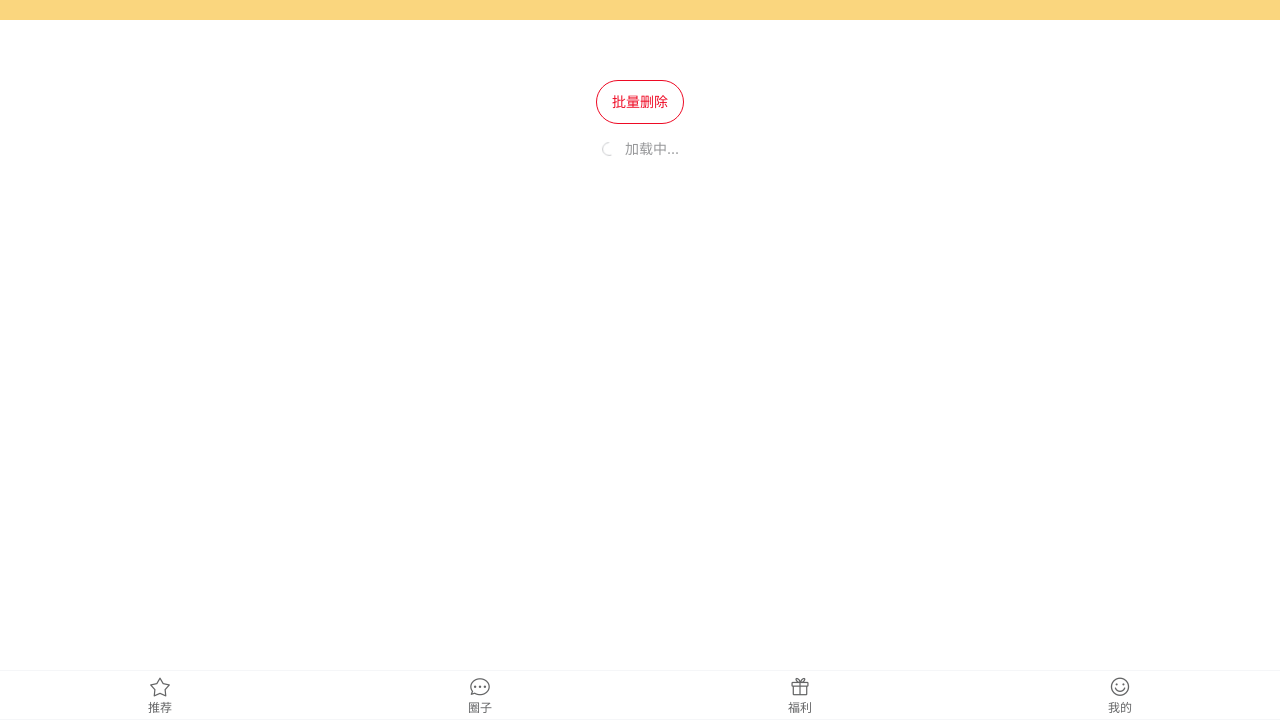
Repository: pbw-langwang/dm
Page: /#/Yhfabu (app in dm_vue/)
An editor plug-in stored every save of this project. The page is shown before and after the next save, followed by the edit.
The browser window is 1280 px wide. The pictures show the whole page.
The page's requests for data from a server got no answer. The project was rebuilt for these pictures with package versions that can differ from the ones it lists, and the page was loaded fresh each time. No one was signed in, and anything a server would have sent is missing. Also part of the build but not shown: dm_vue/src/components/HelloWorld.vue, dm_vue/src/components/video.vue, dm_vue/src/components/setting.vue, dm_vue/src/components/gift.vue, dm_vue/src/components/Regist.vue, dm_vue/src/components/history.vue, dm_vue/src/components/Search.vue, dm_vue/src/components/SearchList.vue and 4 more.

Above is the page before, as saved 2021-06-22 20:54:19.

After the next save:
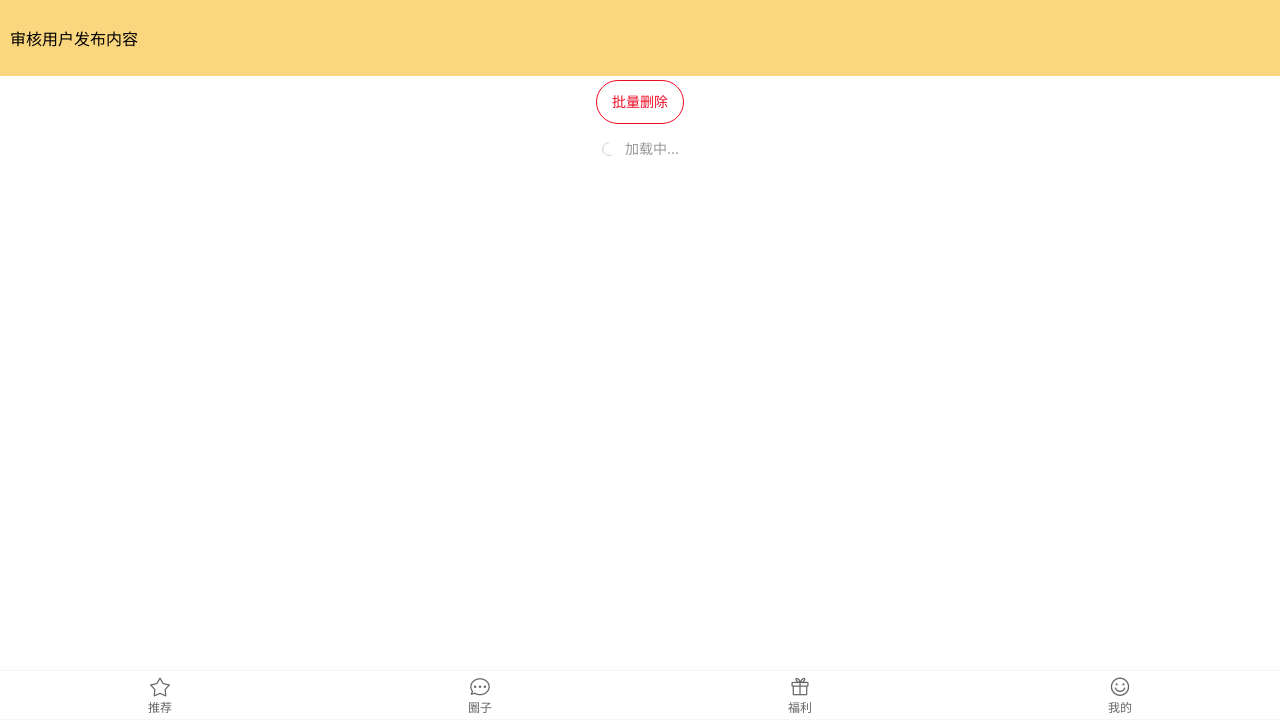
Saved 31 s later.
--- a/dm_vue/src/components/Yhfabu.vue
+++ b/dm_vue/src/components/Yhfabu.vue
@@ -1,6 +1,8 @@
 <template>
   <div>
-    <div class="top"></div>
+    <div class="top">
+      <p>审核用户发布内容</p>
+    </div>
 
     <div class="btn">
         <van-button type="danger" round plain @click="batchDel">批量删除</van-button>
